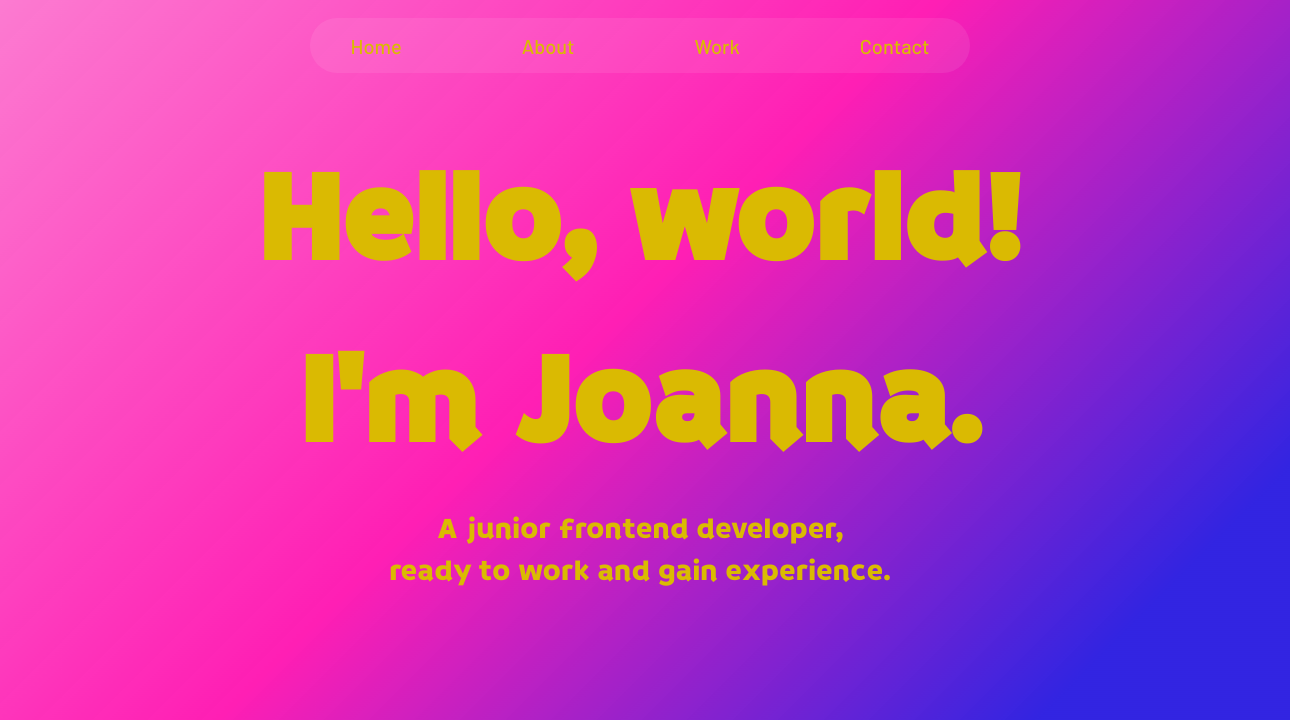
Repository: JJonka/portfolio_site
Page: /
The author's editor kept a copy of each file at every save. The page is drawn from the files as they stood at one save, then again after the next save.
The browser window is 1280 px wide. The page is 1290 px wide, so the pictures cover 1290 px, including what lies to the right of the window. The pictures show the whole page.
The project was rebuilt for these pictures with package versions that can differ from the ones it lists, and the page was loaded fresh each time. Also part of the build but not shown: vite.config.ts, src/components/EndOfSection.module.scss, src/components/EndOfSection.tsx, src/pages/About.tsx, src/components/LogoIcon.module.scss, src/components/LogoIcon.tsx, src/pages/Contact.tsx, src/pages/Work.module.scss and 1 more.

Above is the page before, as saved 2023-10-08 11:49:40.

### index.html
<!doctype html>
<html lang="en">
  <head>
    <meta charset="UTF-8" />
    <link rel="icon" href="./src/assets/jj_logo.png">
    <meta name="viewport" content="width=device-width, initial-scale=1.0" />
    <title>Joanna Jurasz - software developer</title>
  </head>
  <body>
    <div id="root"></div>
    <script type="module" src="/src/index.tsx"></script>
  </body>
</html>

### src/index.tsx
import React from 'react';
import ReactDOM from 'react-dom/client';
import App from './App';
import { BrowserRouter } from 'react-router-dom';


const root = ReactDOM.createRoot( document.getElementById('root') as HTMLElement);

root.render(
  <BrowserRouter>
    <App />
  </BrowserRouter>
);

### src/App.tsx
import { Routes, Route } from 'react-router-dom';
import HomePage from './pages/HomePage';
import About from './pages/About';
import Contact from './pages/Contact';
import Work from './pages/Work';
import './App.css'


const App = () => {
    return (
      <div>
      <div className='mainBackground' />
      <div className='layer1' />
      <div className='layer2' />

      <Routes>
        <Route path='/' element={ <HomePage /> } />
        <Route path='/about' element={ <About /> } />
        <Route path='/work' element={ <Work /> } />
        <Route path='/contact' element={ <Contact /> }/>
      </Routes>
      </div>
    )
}

export default App;

### src/pages/HomePage.tsx
import Menu from "../components/Menu";
import styles from "./HomePage.module.scss"

const  HomePage = () => {
    return (
      <div className={styles.card}>

        <div className={styles.container}>
        <Menu></Menu>
          <img src="" className={styles.imgTop}></img>
          <h1 className={styles.header}>Hello, world!<br />I'm Joanna.</h1>
          <h2 className={styles.introduction}>A junior frontend developer, <br />ready to work and gain experience.</h2>
          <img src="" className={styles.imgBottom}></img>
        </div>
      </div>
    )
}

export default HomePage;

### src/App.css
@font-face {
  font-family: 'Barlow-Light';
  src: url(/fonts/Barlow-Light.ttf);
}

@font-face {
	font-family: 'Barlow-Regular' ;
	src: url(/fonts/Barlow-Regular.ttf);
}

body {
	display: flex;
	flex-direction: column;
    align-items: center;
    font-family: 'Barlow-Light';
	text-align: center;
    padding-left: calc(100vw - 100%);
    --main-color: #daba02;
}

.mainBackground {
    background-image: linear-gradient(135deg, #fc79d0 20%, #ff00aaec 50% , #2719e0 75%);
    animation: slide 5s linear infinite alternate;
    animation-fill-mode: forwards;
    animation-delay: -1s;
    position: fixed;
    top: 0;
    bottom: 0;
    left: -50%;
    right: -50%;
    opacity: 0.95;
    z-index: -1;
}




@keyframes slide {
    0% {
        transform: translateX(-20%);
    }
    100% {
        transform: translateX(5%);
    }

}

### src/components/Menu.tsx
import styles from "./Menu.module.scss";
import  LinkToPage  from "./LinkToPage"

const Menu = () => {

    return (
        <div className={styles.menu}>
            <LinkToPage
                link = {'/'}
                urlTo = {"http://localhost:5173/"}
                linkTitle= {"Home"}
            ></LinkToPage>
            <LinkToPage
                link = {'/about'}
                urlTo = {"http://localhost:5173/about"}
                linkTitle= {"About"}
            ></LinkToPage>
            <LinkToPage
                link = {'/work'}
                urlTo = {"http://localhost:5173/work"}
                linkTitle= {"Work"}
            ></LinkToPage>
            <LinkToPage
                link = {'/contact'}
                urlTo = {"http://localhost:5173/contact"}
                linkTitle= {"Contact"}
            ></LinkToPage>
        </div>
    )
};

export default Menu;

### src/pages/HomePage.module.scss
@font-face {
    font-family: 'BraahOne-Regular';
    src: url(/fonts/BraahOne-Regular.ttf);
}

.header {
    color: var(--main-color);
    font-family: "BraahOne-Regular";
    font-size: 130px;
    margin-bottom: 10px;
    margin-top: 25px;
}

.introduction {
    color: var(--main-color);
    font-family: "BraahOne-Regular";
    font-size: 30px;
    font-weight: 50;
    margin-top: 5px;

}

.imgTop {
    position: absolute;
    top: 20px;
    left: 0;
    max-width: 40%;
    max-height: 40%;
    -webkit-transform: scaleX(-1);
    transform: scaleX(-1);
}

.imgBottom {
    position: absolute;
    bottom: 0;
    right: 0;
    max-width: 40%;
    max-height: 40%;
}

.container {
    display: flex;
    flex-direction: column;
    align-items: center;
    position: relative;
    width: 1300px;
    height: 600px;
}

.card {
    display: flex;
    flex-direction: column;
    align-items: center;
}

### src/pages/About.module.scss
@font-face {
	font-family: 'Barlow-Regular' ;
	src: url(/fonts/Barlow-Regular.ttf);
}

.card {
    display: flex;
    flex-direction: column;
    align-items: center;
}

.header {
    color: var(--main-color);
    font-family: "BraahOne-Regular";
    font-size: 100px;
    margin-bottom: 10px;
    margin-top: 15px;
}

.container {
    justify-content: center;
    display: flex;
    flex-direction: row;
    height: 450px;
    width: 1100px;
    gap: 50px;
    margin-bottom: 10px;
    margin-top: 20px;
}

.image {
    max-width: 90%;
    max-height: 90%;
}

.text {
    height: 400px;
    width: 550px;
    display: flex;
    flex-direction: column;
    align-items: center;
    justify-content: center;
}

.aboutMe {
    font-family: "Barlow-Regular";
    font-size: 20px;
    color:  rgb(0, 68, 157);
    margin: 0;
    padding: 30px;

}

.box {
    background-color: rgba(255, 255, 255, 0.419);
    border-color: var(--main-color);
    border-radius: 50px;
    border-style: solid;
    border-width: 2px;
    text-align: justify;
}

### src/pages/Contact.module.scss
@font-face {
	font-family: 'Barlow-Regular' ;
	src: url(/fonts/Barlow-Regular.ttf);
}
@font-face {
    font-family: 'Barlow-Medium';
    src: url(/fonts/Barlow-Medium.ttf);
}

.card {
    align-items: center;
    display: flex;
    flex-direction: column;
}

.container {
    display: flex;
    flex-direction: column;
    align-items: center;
    height: 500px;
    width: 1100px;
    margin-bottom: 100px;
}

.header {
    color: var(--main-color);
    font-family: "BraahOne-Regular";
    font-size: 70px;
    margin-bottom: 10px;
    margin-top: 30px;

}

.logos {
    display: flex;
    flex-direction: row;
    gap: 250px;
    margin-top: 50px;
    margin-bottom: 120px;
    justify-content: center;
    width: 1000px;
}

a {
    text-decoration: none;
}

### src/components/Menu.module.scss
@font-face {
    font-family: 'Barlow-Medium';
    src: url(/fonts/Barlow-Medium.ttf);
}


.menu {
    border-radius: 50px;
    font-family: 'Barlow-Medium';
    font-size: 20px;
    margin-top: 10px;
    margin-bottom: 30px;
    width: 620px;
    height: 15px;
    padding: 20px;
    display: flex;
    flex-direction: row;
    align-items: center;
    justify-content: center;
    column-gap: 30px;
    background-color:rgba(255, 255, 255, 0.083);;

}

### src/components/LinkToPage.tsx
import { Link } from "react-router-dom";
import styles from "./LinkToPage.module.scss"

interface LinkTo  {
    link: string
    urlTo: string
    linkTitle: string
}

const LinkToPage = (props: LinkTo) => {
    return (
        <div>
            <Link to={props.link} className={document.URL == props.urlTo ? styles.active : styles.link}>{props.linkTitle} </Link>
        </div>
    )
}

export default LinkToPage

### src/components/LinkToPage.module.scss
.link {
    text-decoration: none;
    color: var(--main-color);
    margin: 10px 25px;
    padding: 5px 20px;
}

.link:hover {
    margin: 10px 25px;
    padding: 5px 20px;
    background-color: rgba(255, 255, 255, 0.259);
    border-radius: 50px;
    transition: background-color 1s;
}

.active {
    text-decoration: none;
    color: var(--main-color);
    margin: 10px 25px;
    padding: 5px 20px;
    background-color: rgba(255, 255, 255, 0.259);
    border-radius: 50px;
}

After the next save:
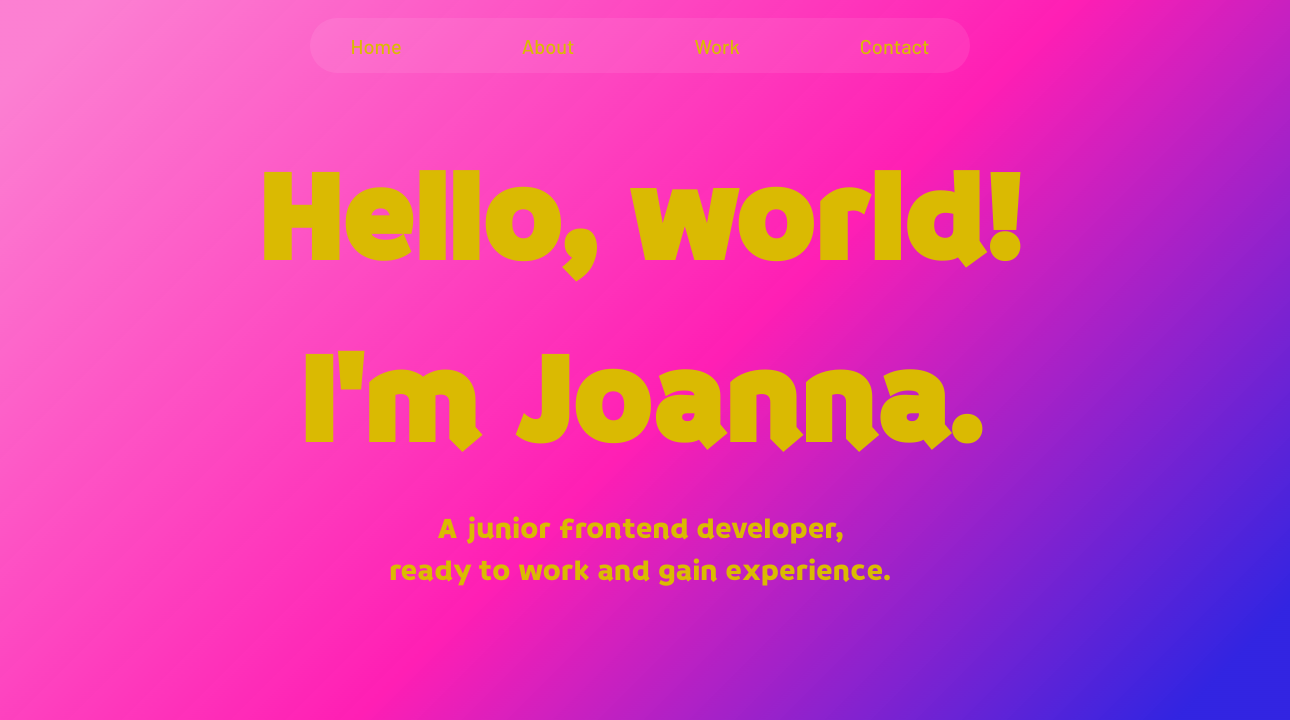
Saved 8 s later.
--- a/src/App.css
+++ b/src/App.css
@@ -20,7 +20,7 @@ body {
 
 .mainBackground {
     background-image: linear-gradient(135deg, #fc79d0 20%, #ff00aaec 50% , #2719e0 75%);
-    animation: slide 5s linear infinite alternate;
+    animation: slide 6s linear infinite alternate;
     animation-fill-mode: forwards;
     animation-delay: -1s;
     position: fixed;
